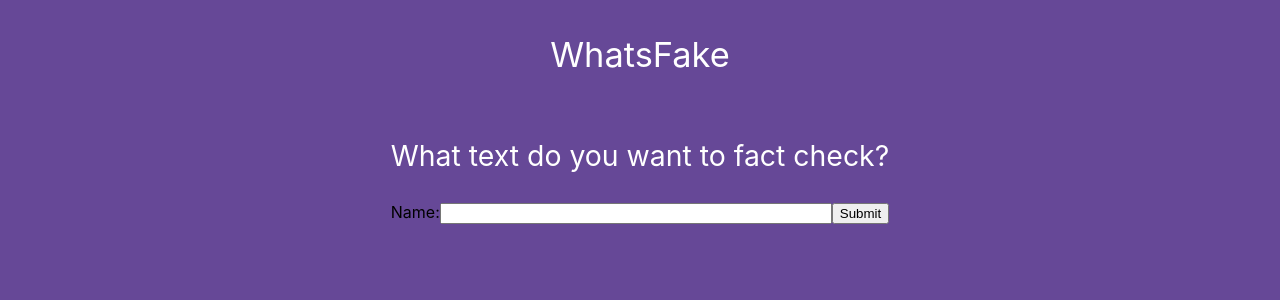
Repository: alkalox/FakeNews
Page: /
An editor plug-in stored every save of this project. The page is shown before and after the next save, followed by the edit.
The browser window is 1280 px wide. The pictures show the whole page.
The project was rebuilt for these pictures with package versions that can differ from the ones it lists, and the page was loaded fresh each time.

Above is the page before, as saved 2019-04-19 21:35:27.

After the next save:
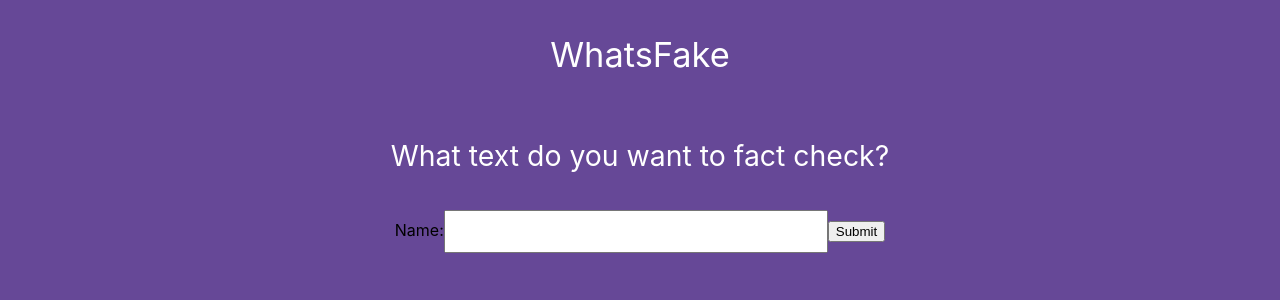
Saved 25 s later.
--- a/src/App.css
+++ b/src/App.css
@@ -17,6 +17,9 @@
 
 .input {
   width: 30%;
+  padding: 12px 20px;
+  margin: 8px 0;
+  box-sizing: border-box;
 }
 
 .text {
